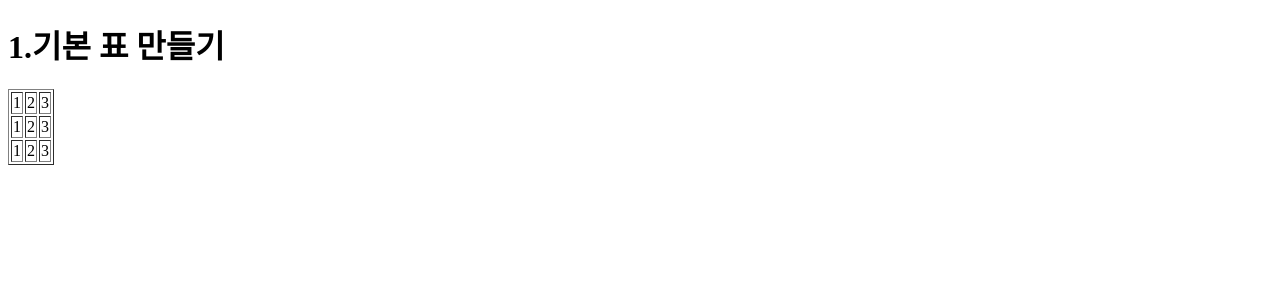
Repository: Junvelop/hkdevelope
Page: Downloads/back_end_edu20240624-master (1)/front_end_20240627/src/main/webapp/html05_표만들기.html
An editor plug-in stored every save of this project. The page is shown before and after the next save, followed by the edit.
The browser window is 1280 px wide. The pictures show the whole page.

Above is the page before, as saved 2024-08-12 06:30:30.

### Downloads/back_end_edu20240624-master (1)/front_end_20240627/src/main/webapp/html05_표만들기.html
<!DOCTYPE html>
<html>
<head>
<meta charset="EUC-KR">
<title>html05_표만들기</title>
</head>
<body>
<h1>1.기본 표 만들기</h1>
	<table border = "1">
		<tr>    <td>1</td>   <td>2</td>    <td>3</td>    </tr>
		<tr>    <td>1</td>   <td>2</td>    <td>3</td>    </tr>
		<tr>    <td>1</td>   <td>2</td>    <td>3</td>    </tr>



	</table>

</body>
</html>

After the next save:
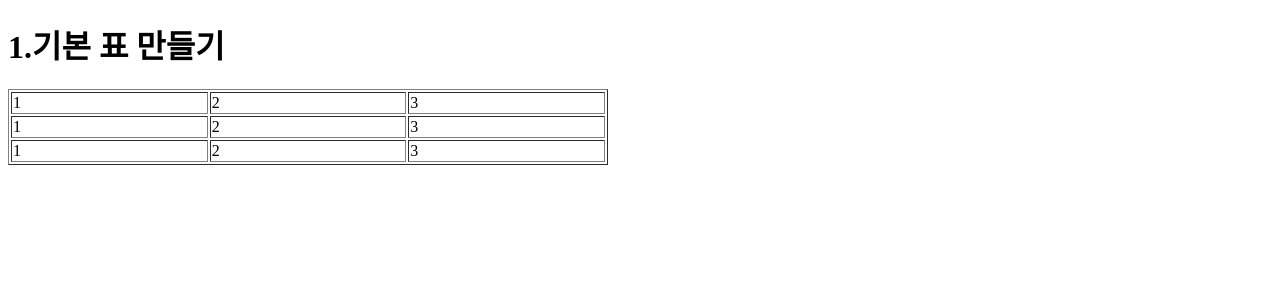
Saved 3 min 44 s later.
--- a/Downloads/back_end_edu20240624-master (1)/front_end_20240627/src/main/webapp/html05_표만들기.html
+++ b/Downloads/back_end_edu20240624-master (1)/front_end_20240627/src/main/webapp/html05_표만들기.html
@@ -3,10 +3,15 @@
 <head>
 <meta charset="EUC-KR">
 <title>html05_표만들기</title>
+<style type = "text/css">
+		.tb{width:600px;}
+</style>
+
+
 </head>
 <body>
 <h1>1.기본 표 만들기</h1>
-	<table border = "1">
+	<table border = "1" class = "tb">
 		<tr>    <td>1</td>   <td>2</td>    <td>3</td>    </tr>
 		<tr>    <td>1</td>   <td>2</td>    <td>3</td>    </tr>
 		<tr>    <td>1</td>   <td>2</td>    <td>3</td>    </tr>
